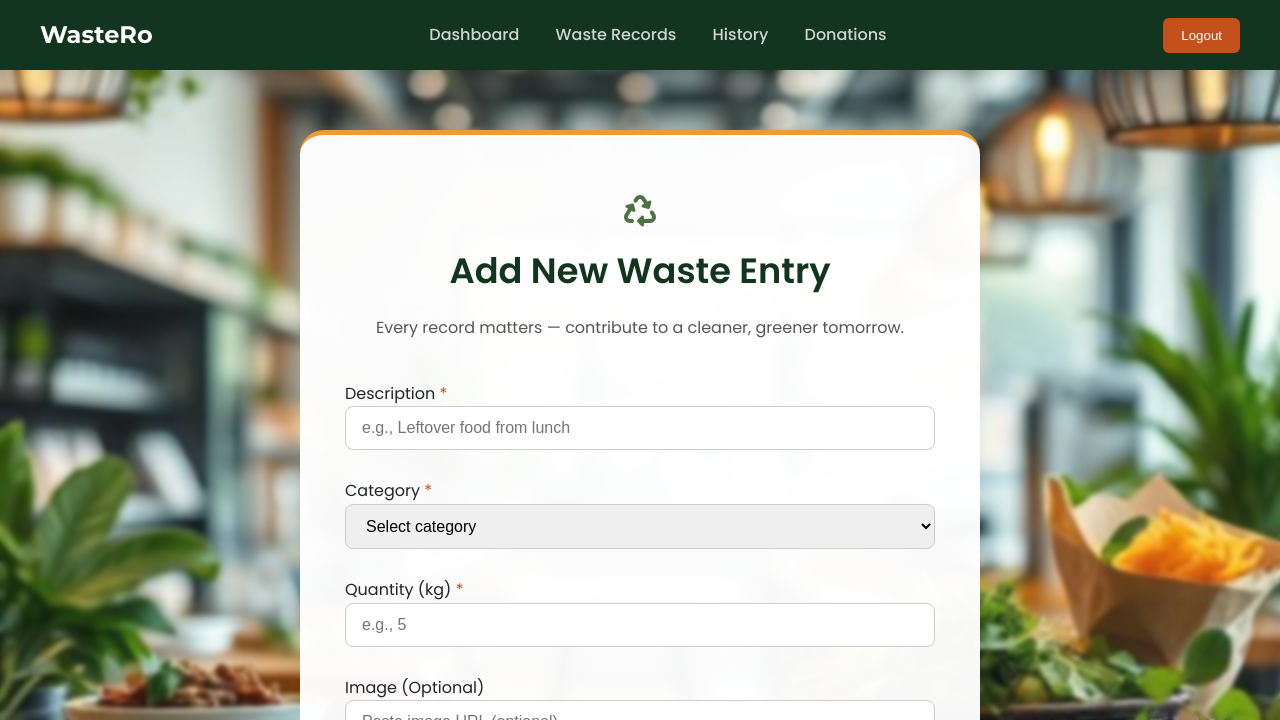
Repository: mahekagrawal25/restaurant-waste-management
Page: frontend/addwaste.html
These files come from the project's save history. The page is drawn as it stood at one moment and after the next save; the edit follows.
The browser window is 1280 px wide. The pictures show the whole page.
An inner scrolling area shows only its first screen.

Above is the page before, as saved 2025-04-26 13:08:29.

After the next save:
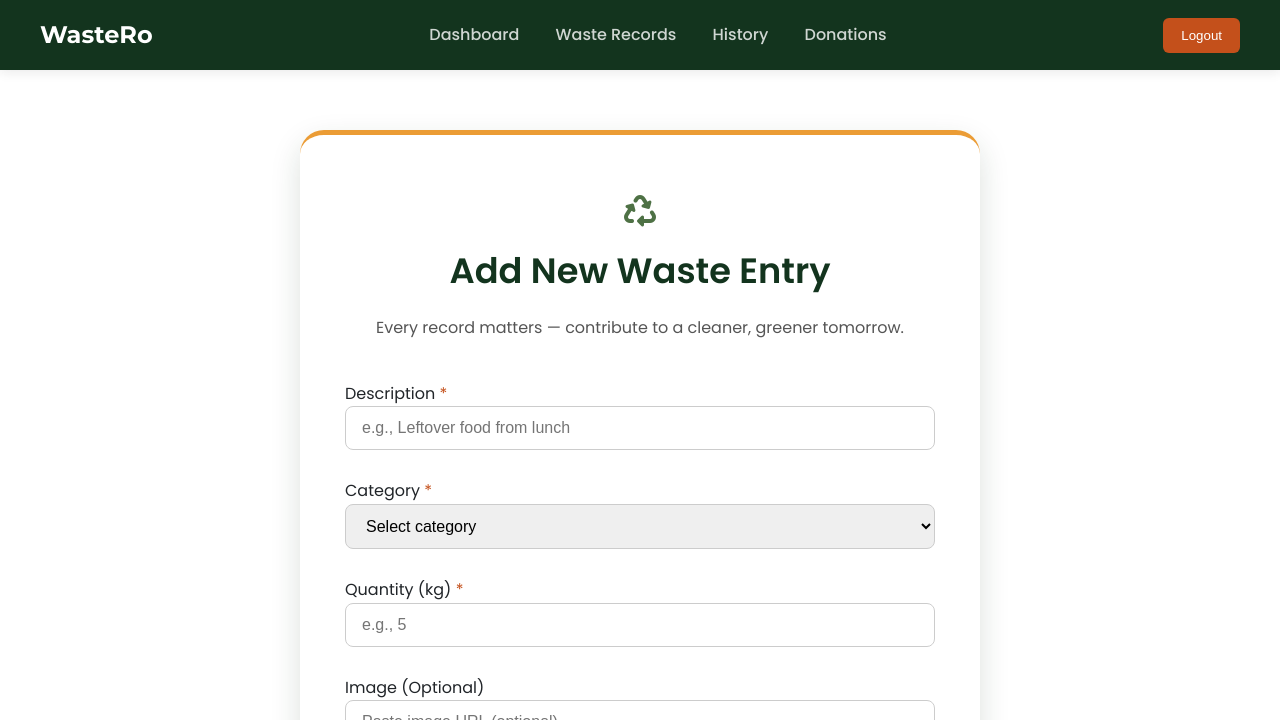
Not found: frontend/images/restro10.jpg
Saved 34 s later.
--- a/frontend/addwaste.html
+++ b/frontend/addwaste.html
@@ -30,7 +30,7 @@
         height: 100%;
         overflow: hidden;
         font-family: "Poppins", sans-serif;
-        background: url("./images/restro5.jpg") no-repeat center center fixed;
+        background: url("./images/restro10.jpg") no-repeat center center fixed;
         background-size: cover;
       }
 

After the save that followed:
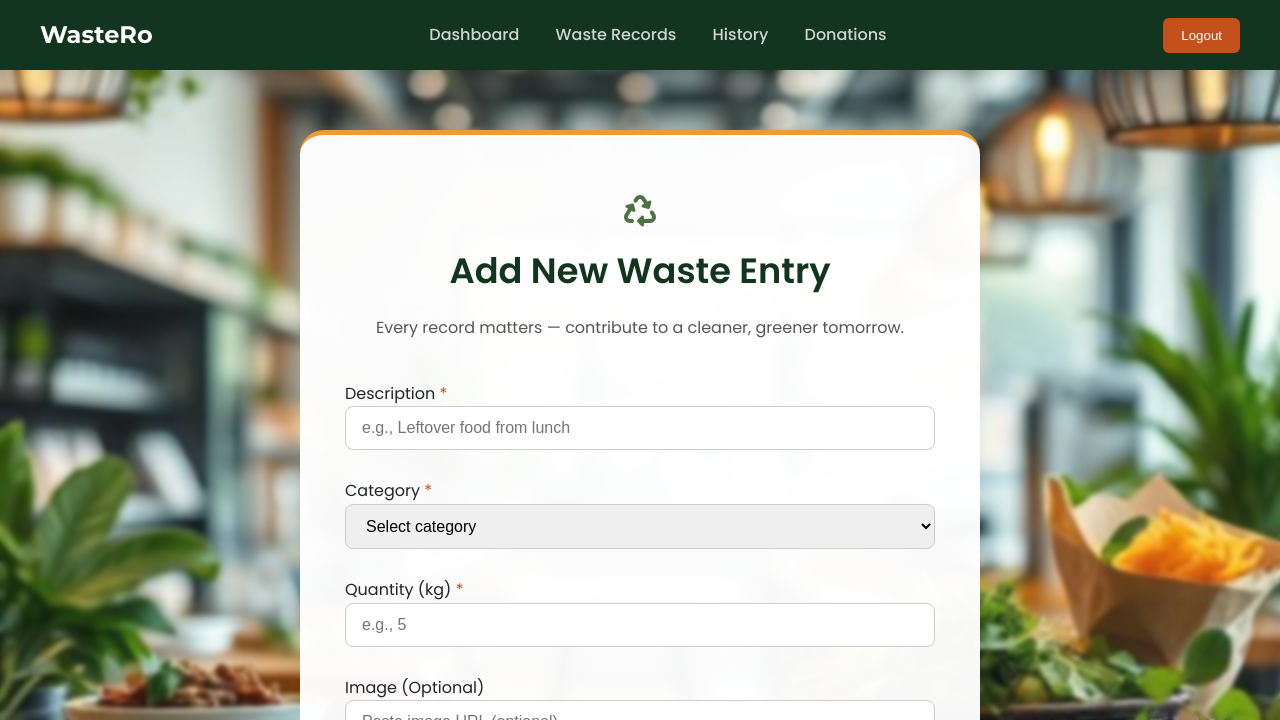
Saved 61 s later.
--- a/frontend/addwaste.html
+++ b/frontend/addwaste.html
@@ -30,7 +30,7 @@
         height: 100%;
         overflow: hidden;
         font-family: "Poppins", sans-serif;
-        background: url("./images/restro10.jpg") no-repeat center center fixed;
+        background: url("./images/restro10.jpeg") no-repeat center center fixed;
         background-size: cover;
       }
 
